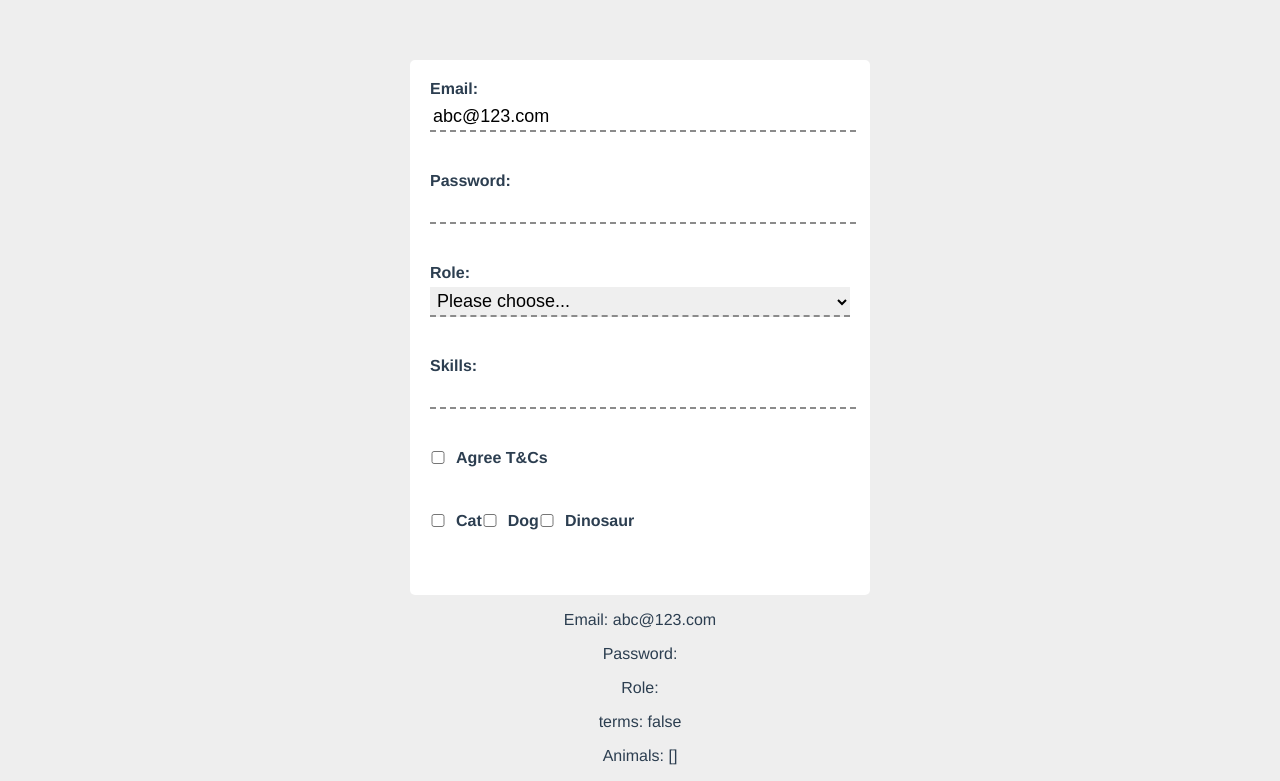
Repository: technogize/vue-forms
Page: /
The author's editor kept a copy of each file at every save. The page is drawn from the files as they stood at one save, then again after the next save.
The browser window is 1280 px wide. The pictures show the whole page.
The project was rebuilt for these pictures with package versions that can differ from the ones it lists, and the page was loaded fresh each time.

Above is the page before, as saved 2021-03-01 14:03:37.

### src/App.vue
<template>
  <SignupForm />
</template>

<script>
import SignupForm from './components/SignupForm';

export default {
  name: 'App',
  components: {
    SignupForm
  }
}
</script>

<style>
#app {
  font-family: Avenir, Helvetica, Arial, sans-serif;
  -webkit-font-smoothing: antialiased;
  -moz-osx-font-smoothing: grayscale;
  text-align: center;
  color: #2c3e50;
  margin-top: 60px;
}

body {
  margin: 0;
  background: #eee;
}
</style>

### src/components/SignupForm.vue
<template>
  <form>
    <!--
      v-model syncs the data in the input with the data properties.
      We can set the default value of a form element by entering it
      in the data().
    -->
    <div class="field">
      <label>Email: </label>
      <input type="email" required v-model="email" />
    </div>
    <div class="field">
      <label>Password: </label>
      <input type="password" required v-model="password" />
    </div>
    <div class="field">
      <label>Role: </label>
      <select v-model="role">
        <option value="">Please choose...</option>
        <option value="Designer">Web Designer</option>
        <option value="Developer">Web Developer</option>
      </select>
    </div>

    <div class="field">
      <label>Skills: </label>

      <input type="text" required v-model="tempSkill" @keyup="addSkill" />
      <div v-for="skill in skills" class="skill-item" :key="skill" @click="removeSkill(skill)">
        {{skill}}
      </div>
    </div>

    <div class="field checkboxField">
      <input type="checkbox" required v-model="terms" />
      <label>Agree T&amp;Cs</label>
    </div>

    <div class="field checkboxField">
      <input type="checkbox" value="Cat" v-model="animal" /><label>Cat</label>
      <input type="checkbox" value="Dog" v-model="animal" /><label>Dog</label>
      <input type="checkbox" value="Dinosaur" v-model="animal" /><label>Dinosaur</label>
    </div>
  </form>

  <p>Email: {{email}}</p>
  <p>Password: {{password}}</p>
  <p>Role: {{role}} </p>
  <p>terms: {{terms}} </p>
  <p>Animals: {{animal}} </p>
</template>

<script>
export default {
  data() {
    return {
      email: 'abc@123.com', // I set the default value here
      password: '',
      role: '',
      tempSkill: '',
      terms: false, // checkbox is a boolean
      skills: [],
      animal: [] // Multiple checkboxes for this creates an array
    }
  },
  methods: {
    addSkill(e) {
      if (e.key === 'Enter' && this.tempSkill) {

        // If the skill already exists, don't add to array
        if(!this.skills.includes(this.tempSkill)) {
          this.skills.push(this.tempSkill);
        }

        this.tempSkill = '';
      }
    },
    removeSkill(skill, e) {
      this.skills = this.skills.filter((skillItem) => {
        return skill !== skillItem; // if this returns false, this item will be taken out of the array returned
      });
    }
  }
}
</script>

<style scoped>
  form {
    max-width: 420px;
    border-radius: 5px;
    background: white;
    padding: 20px;
    margin: 0 auto;
  }

  label {
    font-weight: 700;
    display: block;
    text-align: left;
    margin-bottom: 5px;
  }

  input, select {
    display: block;
    width: 100%;
    font-size: 18px;
    padding: 3px;
    border: none;
    border-bottom: 2px dashed rgb(139, 139, 139);
  }

  input:focus,
  select:focus {
    outline: none;
    border-bottom: 2px solid rgb(139, 139, 139);
  }

  input[type=checkbox] {
    display: inline-block;
    width: 16px;
    margin: 0 10px 0 0;
    position: relative;
    top: 1px;
  }

  .checkboxField label {
    display: inline-block;
    width: auto;
    text-align: left;
  }

  .field {
    text-align: left;
    margin-bottom: 40px;
  }

  .skill-item {
    display: inline-block;
    margin-top: 5px;
    margin-left: 5px;
    border-radius: 20px;
    height: 20px;
    padding: 5px 10px;
    background-color: darkgray;
    color: white;
  }
  .skill-item:hover {
    font-weight: bold;
    cursor: pointer;
  }
</style>

Loaded but not shown: public/index.html (common file); src/main.js (common file)

After the next save:
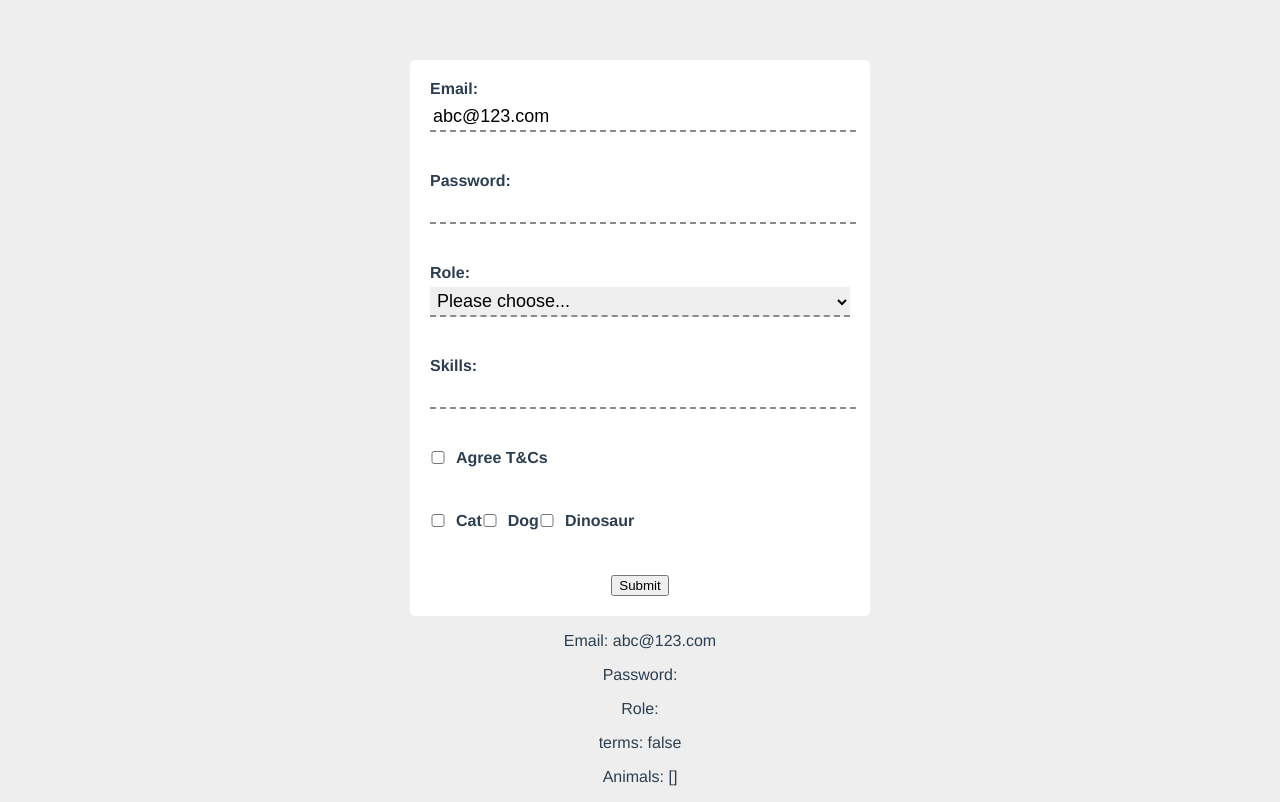
Saved 95 s later.
--- a/src/components/SignupForm.vue
+++ b/src/components/SignupForm.vue
@@ -40,6 +40,10 @@
       <input type="checkbox" value="Cat" v-model="animal" /><label>Cat</label>
       <input type="checkbox" value="Dog" v-model="animal" /><label>Dog</label>
       <input type="checkbox" value="Dinosaur" v-model="animal" /><label>Dinosaur</label>
+    </div>
+
+    <div>
+      <button>Submit</button>
     </div>
   </form>
 
